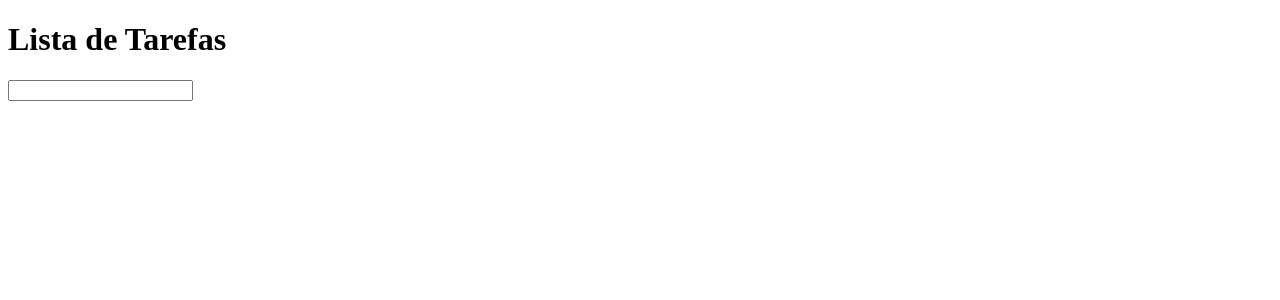
Repository: mateus-henrique-silva/Angular-lista-de-tarefas
Page: / (app in angiularTarefas/)
An editor plug-in stored every save of this project. The page is shown before and after the next save, followed by the edit.
The browser window is 1280 px wide. The pictures show the whole page.
The project was rebuilt for these pictures with package versions that can differ from the ones it lists, and the page was loaded fresh each time. Also part of the build but not shown: angiularTarefas/angular.json.

Above is the page before, as saved 2022-07-12 09:58:30.

### angiularTarefas/src/index.html
<!doctype html>
<html lang="en">
<head>
  <meta charset="utf-8">
  <title>AngiularTarefas</title>
  <base href="/">
  <meta name="viewport" content="width=device-width, initial-scale=1">
  <link rel="icon" type="image/x-icon" href="favicon.ico">
</head>
<body>
  <app-root></app-root>
</body>
</html>

### angiularTarefas/src/app/app.component.ts
import { Component } from '@angular/core';
import { Tarefa } from './tarefa';

@Component({
  selector: 'app-root',
  templateUrl: './app.component.html'
})
export class AppComponent {
  title = 'Lista de Tarefas';

  tarefas = [
    new Tarefa('Fazer Bolo'),
    new Tarefa('Testar o app')
  ];

  addTarefa = (tarefa: string) => {
    this.tarefas.push( new Tarefa(tarefa) );
  }
}

### angiularTarefas/src/app/app.component.html
<h1>{{title}}</h1>
<input #nome type="text"(keyup)="0" (keyup.enter)="inputList(nome.value)" />
<ul>
  <li *ngFor="let teste of teste" >{{teste}}</li>
</ul>

### angiularTarefas/src/app/tarefa.ts
export class Tarefa {
    public titulo: string;

  constructor(titulo: string) {
      this.titulo = titulo;
  }
}

Loaded but not shown: angiularTarefas/src/styles.css (common file); angiularTarefas/src/main.ts (common file); angiularTarefas/src/app/app.module.ts (common file); angiularTarefas/src/environments/environment.ts (common file)

After the next save:
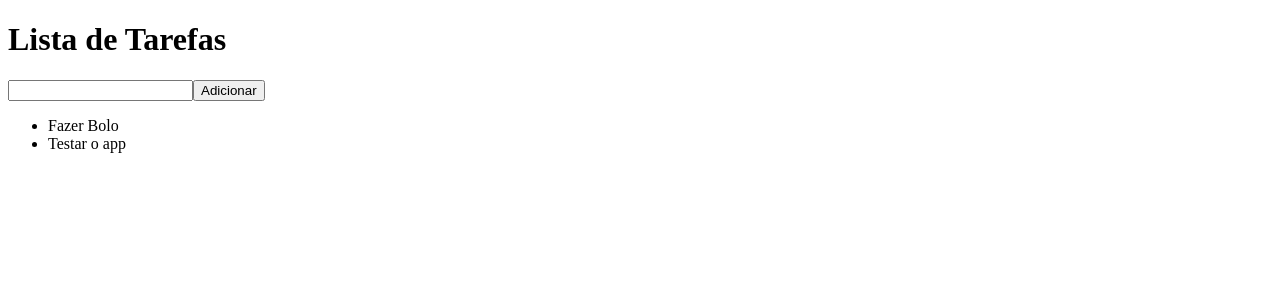
Saved 12 s later.
--- a/angiularTarefas/src/app/app.component.html
+++ b/angiularTarefas/src/app/app.component.html
@@ -1,5 +1,17 @@
 <h1>{{title}}</h1>
-<input #nome type="text"(keyup)="0" (keyup.enter)="inputList(nome.value)" />
+
+<input
+  type="text"
+  #newTarefa
+  (keyup)="0"
+  (keyup.enter)="addTarefa(newTarefa.value); newTarefa.value=''"
+/>
+<button
+  (click)="addTarefa(newTarefa.value); newTarefa.value=''"
+>Adicionar</button>
+
 <ul>
-  <li *ngFor="let teste of teste" >{{teste}}</li>
+  <li *ngFor="let tarefa of tarefas">
+    {{tarefa.titulo}}
+  </li>
 </ul>
